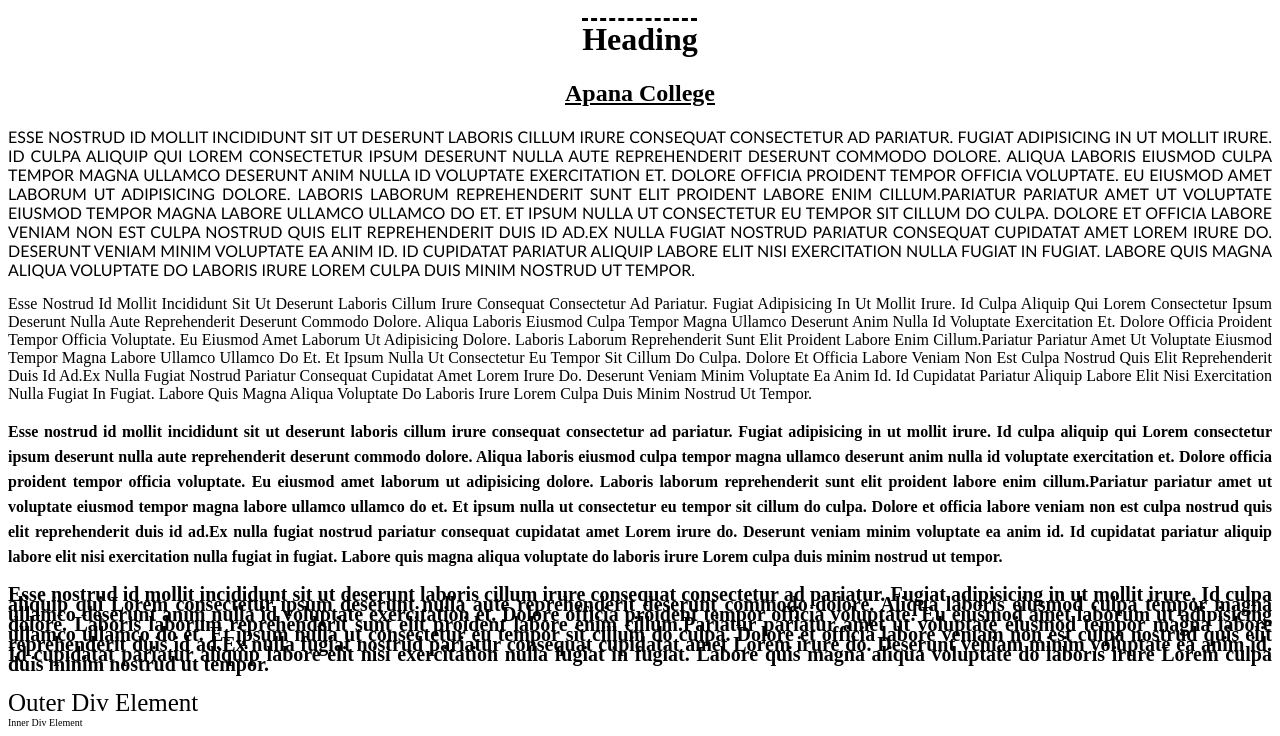
Repository: rakeshkolpepatil/CSS_Apana_College
Page: index.html
An editor plug-in stored every save of this project. The page is shown before and after a run of saves, followed by the edit.
The browser window is 1280 px wide. The pictures show the whole page.

Above is the page before, as saved 2023-06-22 10:00:25.

### index.html
<!DOCTYPE html>
<html lang="en">
<head>
  <meta charset="UTF-8">
  <meta name="viewport" content="width=device-width, initial-scale=1.0">
  <title>Document</title>
  <link rel="stylesheet" href="styleTwo.css">
</head>
<body>
  <h1> Heading </h1>
  <h2> Apana College </h2>
  <p id="pOne">Esse nostrud id mollit incididunt sit ut deserunt laboris cillum irure consequat consectetur ad pariatur. Fugiat adipisicing in ut mollit irure. Id culpa aliquip qui Lorem consectetur ipsum deserunt nulla aute reprehenderit deserunt commodo dolore. Aliqua laboris eiusmod culpa tempor magna ullamco deserunt anim nulla id voluptate exercitation et. Dolore officia proident tempor officia voluptate. Eu eiusmod amet laborum ut adipisicing dolore. Laboris laborum reprehenderit sunt elit proident labore enim cillum.Pariatur pariatur amet ut voluptate eiusmod tempor magna labore ullamco ullamco do et. Et ipsum nulla ut consectetur eu tempor sit cillum do culpa. Dolore et officia labore veniam non est culpa nostrud quis elit reprehenderit duis id ad.Ex nulla fugiat nostrud pariatur consequat cupidatat amet Lorem irure do. Deserunt veniam minim voluptate ea anim id. Id cupidatat pariatur aliquip labore elit nisi exercitation nulla fugiat in fugiat. Labore quis magna aliqua voluptate do laboris irure Lorem culpa duis minim nostrud ut tempor.
  </p>
  <p id="pTwo">Esse nostrud id mollit incididunt sit ut deserunt laboris cillum irure consequat consectetur ad pariatur. Fugiat adipisicing in ut mollit irure. Id culpa aliquip qui Lorem consectetur ipsum deserunt nulla aute reprehenderit deserunt commodo dolore. Aliqua laboris eiusmod culpa tempor magna ullamco deserunt anim nulla id voluptate exercitation et. Dolore officia proident tempor officia voluptate. Eu eiusmod amet laborum ut adipisicing dolore. Laboris laborum reprehenderit sunt elit proident labore enim cillum.Pariatur pariatur amet ut voluptate eiusmod tempor magna labore ullamco ullamco do et. Et ipsum nulla ut consectetur eu tempor sit cillum do culpa. Dolore et officia labore veniam non est culpa nostrud quis elit reprehenderit duis id ad.Ex nulla fugiat nostrud pariatur consequat cupidatat amet Lorem irure do. Deserunt veniam minim voluptate ea anim id. Id cupidatat pariatur aliquip labore elit nisi exercitation nulla fugiat in fugiat. Labore quis magna aliqua voluptate do laboris irure Lorem culpa duis minim nostrud ut tempor.
  </p>
  <p id="pThree">Esse nostrud id mollit incididunt sit ut deserunt laboris cillum irure consequat consectetur ad pariatur. Fugiat adipisicing in ut mollit irure. Id culpa aliquip qui Lorem consectetur ipsum deserunt nulla aute reprehenderit deserunt commodo dolore. Aliqua laboris eiusmod culpa tempor magna ullamco deserunt anim nulla id voluptate exercitation et. Dolore officia proident tempor officia voluptate. Eu eiusmod amet laborum ut adipisicing dolore. Laboris laborum reprehenderit sunt elit proident labore enim cillum.Pariatur pariatur amet ut voluptate eiusmod tempor magna labore ullamco ullamco do et. Et ipsum nulla ut consectetur eu tempor sit cillum do culpa. Dolore et officia labore veniam non est culpa nostrud quis elit reprehenderit duis id ad.Ex nulla fugiat nostrud pariatur consequat cupidatat amet Lorem irure do. Deserunt veniam minim voluptate ea anim id. Id cupidatat pariatur aliquip labore elit nisi exercitation nulla fugiat in fugiat. Labore quis magna aliqua voluptate do laboris irure Lorem culpa duis minim nostrud ut tempor.
  </p>
  <p id="pFour">Esse nostrud id mollit incididunt sit ut deserunt laboris cillum irure consequat consectetur ad pariatur. Fugiat adipisicing in ut mollit irure. Id culpa aliquip qui Lorem consectetur ipsum deserunt nulla aute reprehenderit deserunt commodo dolore. Aliqua laboris eiusmod culpa tempor magna ullamco deserunt anim nulla id voluptate exercitation et. Dolore officia proident tempor officia voluptate. Eu eiusmod amet laborum ut adipisicing dolore. Laboris laborum reprehenderit sunt elit proident labore enim cillum.Pariatur pariatur amet ut voluptate eiusmod tempor magna labore ullamco ullamco do et. Et ipsum nulla ut consectetur eu tempor sit cillum do culpa. Dolore et officia labore veniam non est culpa nostrud quis elit reprehenderit duis id ad.Ex nulla fugiat nostrud pariatur consequat cupidatat amet Lorem irure do. Deserunt veniam minim voluptate ea anim id. Id cupidatat pariatur aliquip labore elit nisi exercitation nulla fugiat in fugiat. Labore quis magna aliqua voluptate do laboris irure Lorem culpa duis minim nostrud ut tempor.
  </p>

  <div id="outer">
    Outer Div Element
    <div id="inner">
      Inner Div Element
    </div>
  </div>

</body>
</html>

### styleTwo.css
h1{
  text-align: center;
  text-decoration:  dotted underline  ;
  text-decoration:  dashed overline  ;
}

h2{
  text-align: center;
  text-transform: capitalize;
  text-decoration: underline;
}

#pOne{
  text-align: justify;
  text-transform: uppercase;
  font-weight: 100;
  font-family: 'Gill Sans', 'Gill Sans MT', Calibri, 'Trebuchet MS', sans-serif;
}

#pTwo{
  text-transform: capitalize;
  text-align: justify;
  font-weight: 300;
}

#pThree{
  text-align: justify;
  line-height: 25px;
  font-weight: 600;
}

#pFour{
  text-align: justify;
  font-size: 20px;
  line-height: 10px;
  font-weight: 900;
}

#outer{
  font-size: 25px;
}

#inner{
  font-size: 10px;
}

After the next 2 saves:
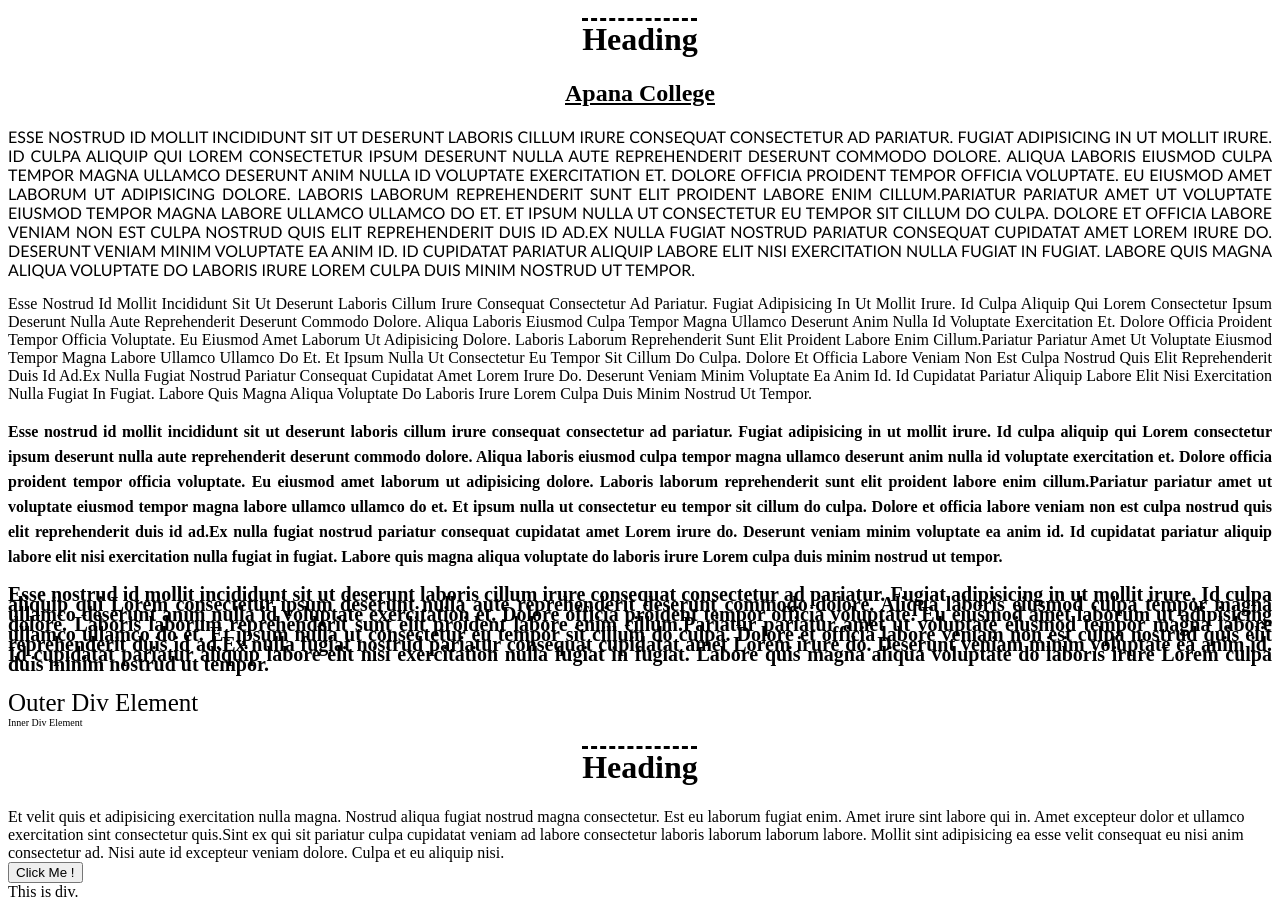
The 2 saves are shown as one change because they came seconds apart.
The last was saved 5 h 44 min later.
--- a/index.html
+++ b/index.html
@@ -25,5 +25,12 @@
     </div>
   </div>
 
+  <h1> Heading </h1>
+  <div>
+    Et velit quis et adipisicing exercitation nulla magna. Nostrud aliqua fugiat nostrud magna consectetur. Est eu laborum fugiat enim. Amet irure sint labore qui in. Amet excepteur dolor et ullamco exercitation sint consectetur quis.Sint ex qui sit pariatur culpa cupidatat veniam ad labore consectetur laboris laborum laborum labore. Mollit sint adipisicing ea esse velit consequat eu nisi anim consectetur ad. Nisi aute id excepteur veniam dolore. Culpa et eu aliquip nisi.
+  </div>
+  <button> Click Me ! </button>
+  <div> This is div. </div>
+
 </body>
 </html>
